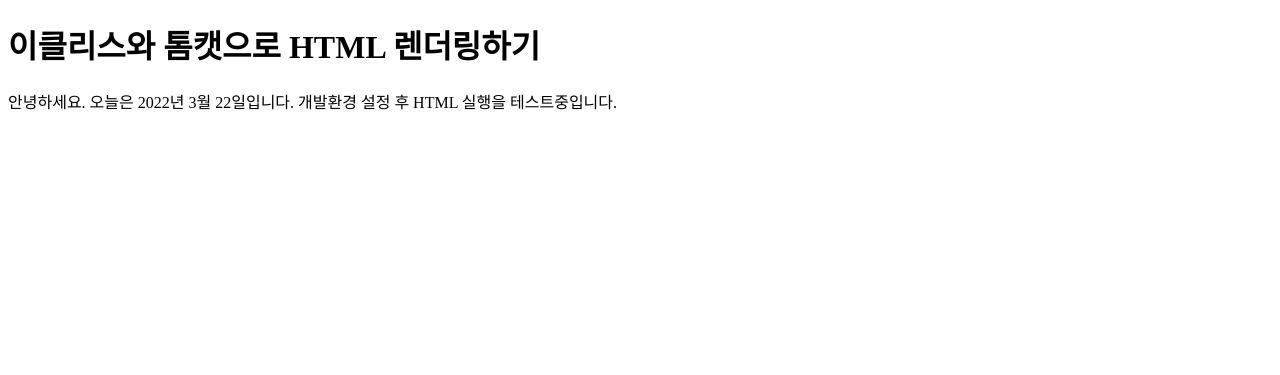
Repository: gowjd4419/jsp
Page: http://localhost/JSPBasic/Hello.jsp
The author's editor kept a copy of each file at every save. The page is drawn from the files as they stood at one save, then again after the next save.
The browser window is 1280 px wide. The pictures show the whole page.
The page is served by Tomcat 9.

Above is the page before, as saved 2022-03-22 10:42:51.

After the next save:
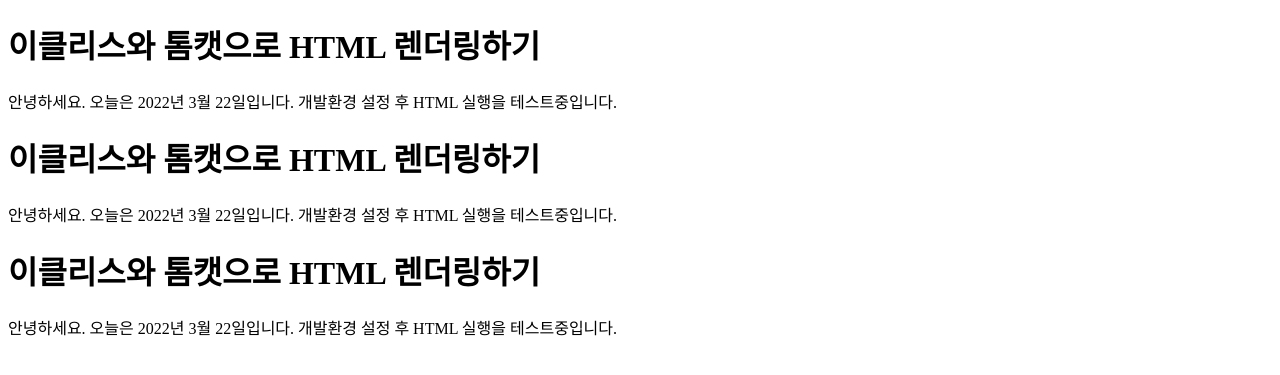
Saved 27 min 20 s later.
--- a/JSPBasic/src/main/webapp/Hello.jsp
+++ b/JSPBasic/src/main/webapp/Hello.jsp
@@ -7,10 +7,12 @@
 <title>Insert title here</title>
 </head>
 <body>
+     <% for(int i = 0; i < 3; i++){ %>
      <h1>이클리스와 톰캣으로 HTML 렌더링하기</h1>
      <p>
         안녕하세요. 오늘은 2022년 3월 22일입니다.
         개발환경 설정 후 HTML 실행을 테스트중입니다.
      </p>
+     <% } %>
 </body>
 </html>
